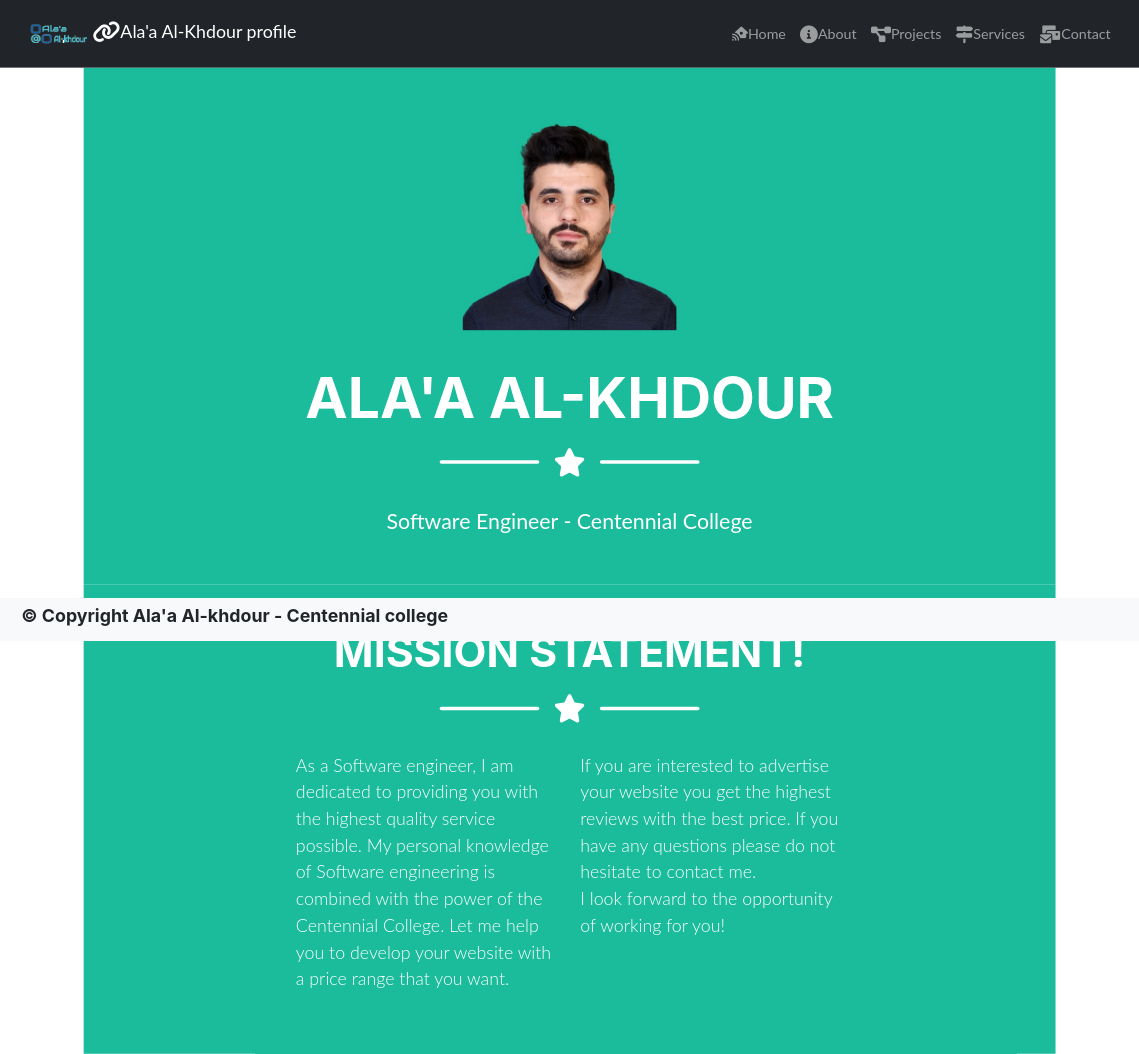
Repository: alaakhdour/heroukulivesite-section1
Page: http://localhost/
An editor plug-in stored every save of this project. The page is shown before and after the next save, followed by the edit.
The browser window is 1280 px wide. The pictures show the whole page, at 89% of full size.
The page is served by the project's Node server (server.js).

Above is the page before, as saved 2022-06-18 02:43:14.

After the next save:
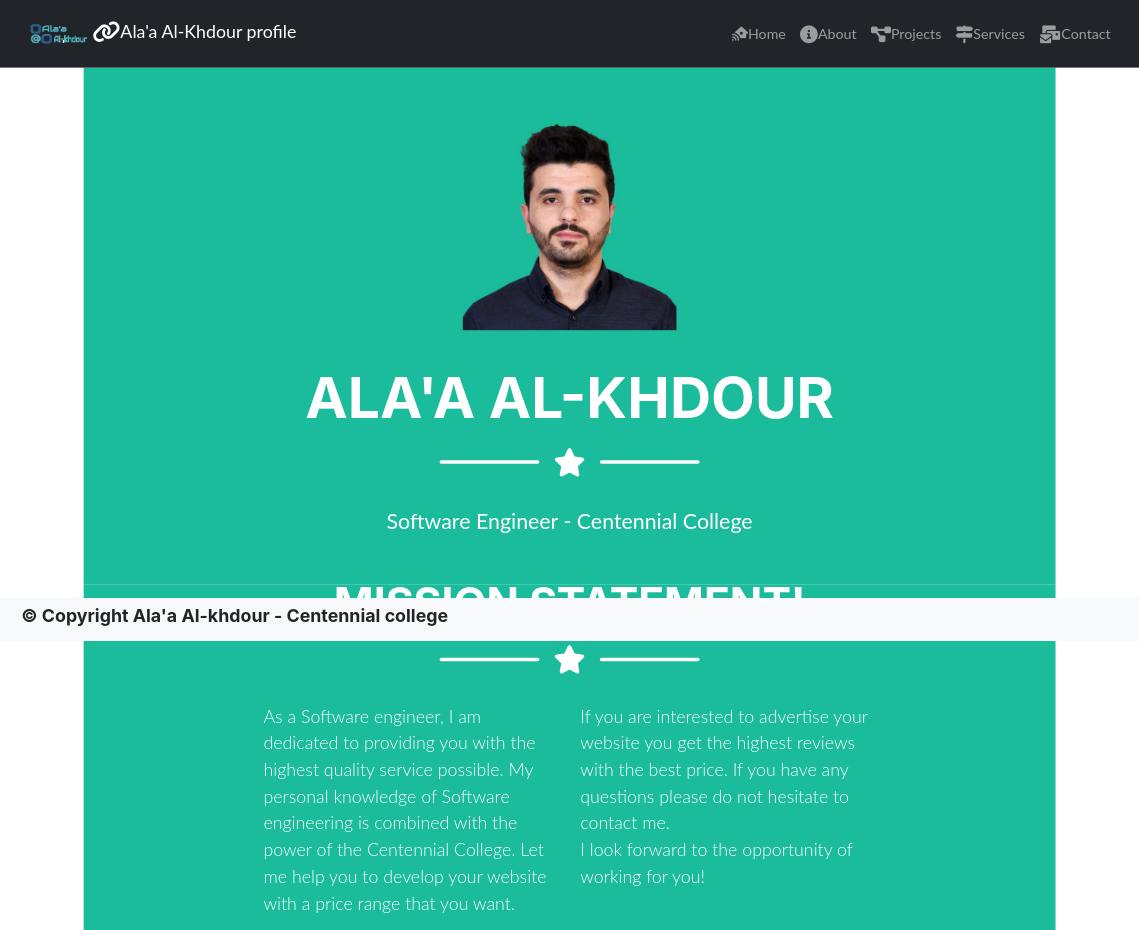
Saved 16 s later.
--- a/Server/Views/content/home.ejs
+++ b/Server/Views/content/home.ejs
@@ -18,7 +18,7 @@
 
 
 
-    <section class="page-section bg-primary text-white mb-0" id="about" style="padding:5%;">
+    <section class="page-section bg-primary text-white mb-0" id="about" style="padding:0px;" >
         <div class="container">
             <!-- About Section Heading-->
             <h2 class="page-section-heading text-center text-uppercase text-white">Mission Statement!</h2>
